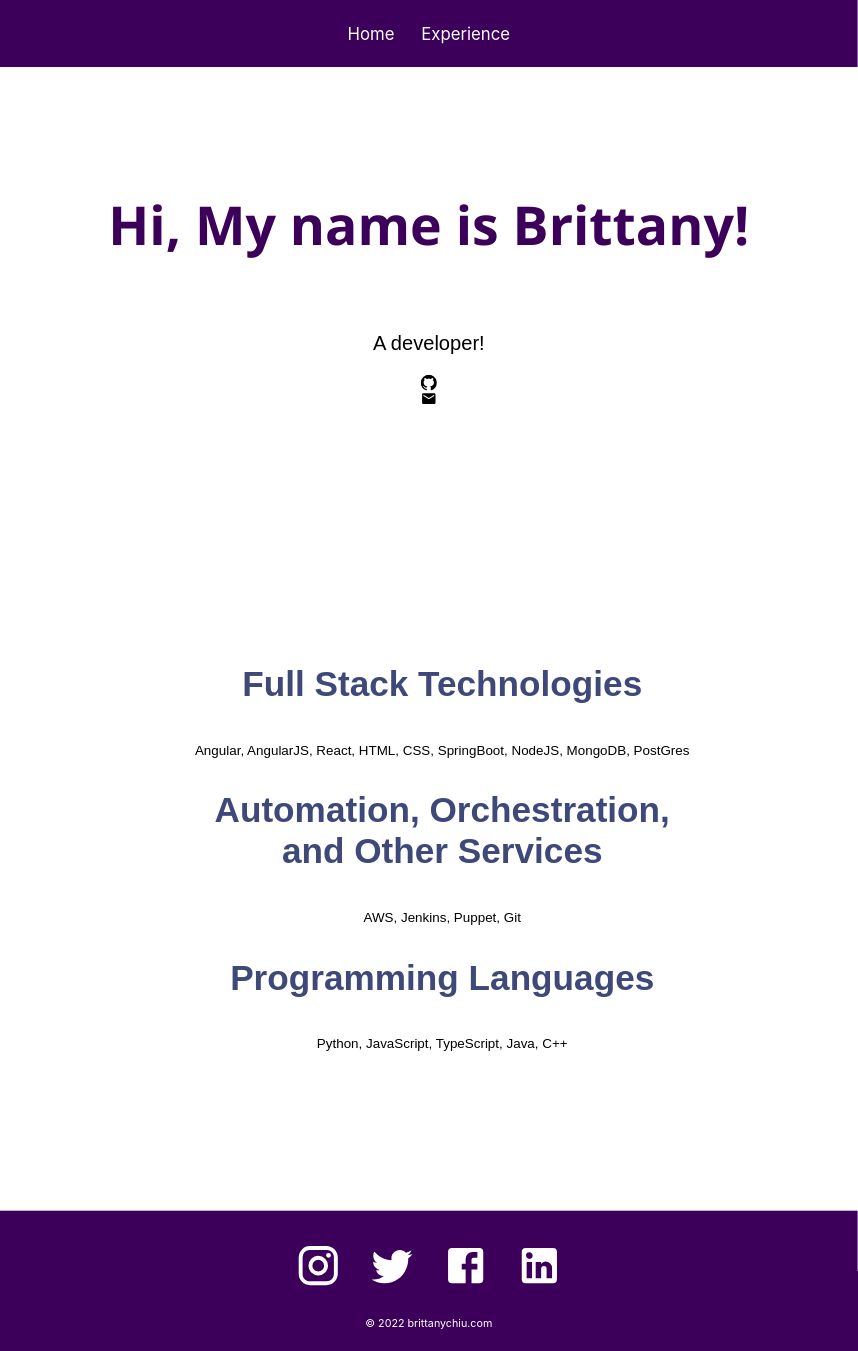
Repository: chiubacca94/chiufolio
Page: /
The author's editor kept a copy of each file at every save. The page is drawn from the files as they stood at one save, then again after the next save.
The browser window is 1280 px wide. The pictures show the whole page, at 67% of full size.
The project was rebuilt for these pictures with package versions that can differ from the ones it lists, and the page was loaded fresh each time. Also part of the build but not shown: src/components/Projects/Projects.js, src/components/Experiences/Experiences.js.

Above is the page before, as saved 2022-07-04 05:36:53.

### src/App.js
import './App.css';
import { BrowserRouter as Router, Routes, Route } from 'react-router-dom';
import Navbar from './components/NavBar/Navbar';
import Home from './components/Home/Home';
import Projects from './components/Projects/Projects';
import Experiences from './components/Experiences/Experiences';
import Footer from './components/Footer/Footer';

function App() {
  return (
    <div className="App">
      <Router>
        <Navbar />
        <Routes>
          <Route path="/" element={ <Home /> }></Route>
          <Route path="/projects" element={ <Projects /> }></Route>
          <Route path="/experiences" element={ <Experiences /> }></Route>
        </Routes>
        <Footer />
      </Router>
    </div>
  );
}

export default App;

### src/App.css
.App {
  text-align: center;
}

body {
  margin: 0px;
  padding: 0px;
}

### src/components/NavBar/Navbar.js
import React, {useEffect, useState} from "react";
import { Link, useLocation } from "react-router-dom";
import ReorderIcon from '@material-ui/icons/Reorder';
import "./Navbar.css"

function Navbar() {
    // NavBr States
    const [ expandNavbar, setExpandNavbar ] = useState(false)
    const location = useLocation();

    // use when location changes and set navbar to false
    useEffect(() => {
        setExpandNavbar(false);
    }, [location])

    return (
        // id will change based on state
        <div className="navbar" id={expandNavbar ? "open" : "close"}>
            <div className="toggleButton">
                <button onClick={() => { setExpandNavbar((prev) => !prev) }}>
                    <ReorderIcon></ReorderIcon>
                </button>
            </div>
            <div className="links">
                <Link to="/"> Home </Link>
                {/* <Link to="/projects"> Projects </Link>  */}
                <Link to="/experiences"> Experience </Link>
            </div>
        </div>
    )
}

export default Navbar;

### src/components/Home/Home.js
import React from 'react'
import GitHubIcon from '@material-ui/icons/GitHub'
import EmailIcon from '@material-ui/icons/Email'

import './Home.css'

export default function Home() {
  return (
    <div className='home'>
        <div className='about'>
            <h2>Hi, My name is Brittany!</h2>
            <div className='prompt'><p> A developer!</p></div>
            <GitHubIcon />
            <EmailIcon />
        </div>vvvv
        <div className='skills'>
            <h1>Skills</h1>
            <ol className='list'>
                <li className='item'>
                    <h2>Full Stack Technologies</h2>
                    <span>Angular, AngularJS, React, HTML, CSS, SpringBoot, NodeJS, MongoDB, PostGres</span>
                </li>
                <li className='item'>
                    <h2>Automation, Orchestration, and Other Services</h2>
                    <span>AWS, Jenkins, Puppet, Git</span>
                </li>
                <li className='item'>
                    <h2>Programming Languages</h2>
                    <span>Python, JavaScript, TypeScript, Java, C++</span>
                </li>
            </ol>
        </div>
    </div>
  )
}

### src/components/Footer/Footer.js
import React from 'react';
import InstagramIcon  from '@material-ui/icons/Instagram';
import TwitterIcon from '@material-ui/icons/Twitter';
import FacebookIcon from '@material-ui/icons/Facebook';
import LinkedInIcon from '@material-ui/icons/LinkedIn';
import './Footer.css'

export default function Footer() {
  return (
    <div className='footer'>
        <div className='socialMedia'>
            <InstagramIcon />
            <TwitterIcon />
            <FacebookIcon />
            <LinkedInIcon />
        </div>
        <p>&copy; 2022 brittanychiu.com</p>
    </div>
  )
}

### src/components/NavBar/Navbar.css
.navbar {
    width: 100%;
    height: 100px;
    background: #3c005a;
  }

  .links {
    width: 100%;
    height: 100%;
    display: flex;
    align-items: center;
    justify-content: center;
    color: white;
  }

  .navbar a {
    color: white;
    text-decoration: none;
    margin: 20px;
    font-size: 25px;
  }

  .toggleButton {
    width: 100%;
    height: 100px;
    display: flex;
    align-items: center;
    justify-content: flex-end;
  }

  .toggleButton svg {
    font-size: 50px;
  }
  .toggleButton button {
    margin-right: 20px;
    background-color: transparent;
    border: none;
    color: white;
    cursor: pointer;
  }

  #open {
    height: 100vh;
  }

  #open .links {
    flex-direction: column;
    justify-content: flex-start;
    margin-top: 100px;
  }

  #open a {
    width: 100%;
    text-align: center;
  }

  @media only screen and (max-width: 900px) {
    .navbar a {
      width: 70px;
    }
  }

  @media only screen and (max-width: 600px) {
    .toggleButton {
      display: flex;
    }
    #close a {
      display: none;
    }
  }

  @media only screen and (min-width: 600px) {
    .toggleButton {
      display: none;
    }

    .hiddenLinks {
      display: none;
    }

    #open {
      height: 100px;
    }

    #open .links {
      flex-direction: row;
    }
  }

### src/components/Home/Home.css
.home {
    width: 100%;
    align-items: center;
    font-family: "Arial", sans-serif;
    /* color: #3e497a; */
    color: white;
  }

  .about {
    width: 100%;
    height: calc(100vh - 100px);
    display: flex;
    flex-direction: column;
    justify-content: center;
    align-items: center;
    text-align: center;
    /* background-color: #21325e; */
    color: black;
  }

  .about h2 {
    font-family: "Segoe UI", Tahoma, Geneva, Verdana, sans-serif;
    font-size: 80px;
    color: #3c005a;
    min-height: 50px;
  }

  .about .prompt {
    padding-top: 10px;
    width: 40%;
    font-size: 30px;
  }
  .prompt svg {
    font-size: 60px;
    margin: 5px;
    color: white;
  }

  .skills {
    font-size: 35px;
    width: 100%;
    display: flex;
    justify-content: center;
    flex-direction: column;
    align-items: center;
  }

  .skills h2 {
    color: #3e497a;
  }

  .skills .list {
    list-style: none;
    width: 60%;
    color: black;
  }

  .list span {
    font-size: 20px;
  }

  @media only screen and (max-width: 905px) {
    .about h2 {
      font-size: 60px;
    }

    .about .prompt {
      margin-top: 10px;
      font-size: 20px;
      width: 80%;
    }

    .skills {
      text-align: center;
    }
    .list {
      padding: 0;
    }

    .skills h2 {
      font-size: 30px;
    }
  }

  @media only screen and (max-width: 600px) {
    .about h2 {
      font-size: 40px;
    }

    .about .prompt {
      margin-top: 10px;
      font-size: 20px;
      width: 80%;
    }

    .skills {
      text-align: center;
    }
    .list {
      padding: 0;
    }

    .skills h2 {
      font-size: 30px;
    }
  }

### src/components/Footer/Footer.css
.footer {
    width: 100%;
    height: 200px;
    background: #3c005a;
    display: flex;
    justify-content: center;
    align-items: center;
    flex-direction: column;
    padding-top: 10px;
    margin-top: 200px;
  }

  .socialMedia svg {
    color: white;
    margin: 20px;
    font-size: 70px;
    cursor: pointer;
  }

  .footer p {
    color: white;
  }

  @media only screen and (max-width: 600px) {
    .footer svg {
      font-size: 50px;
    }
  }

Loaded but not shown: public/index.html (common file); src/index.js (common file); src/index.css (common file); src/reportWebVitals.js (common file)

After the next save:
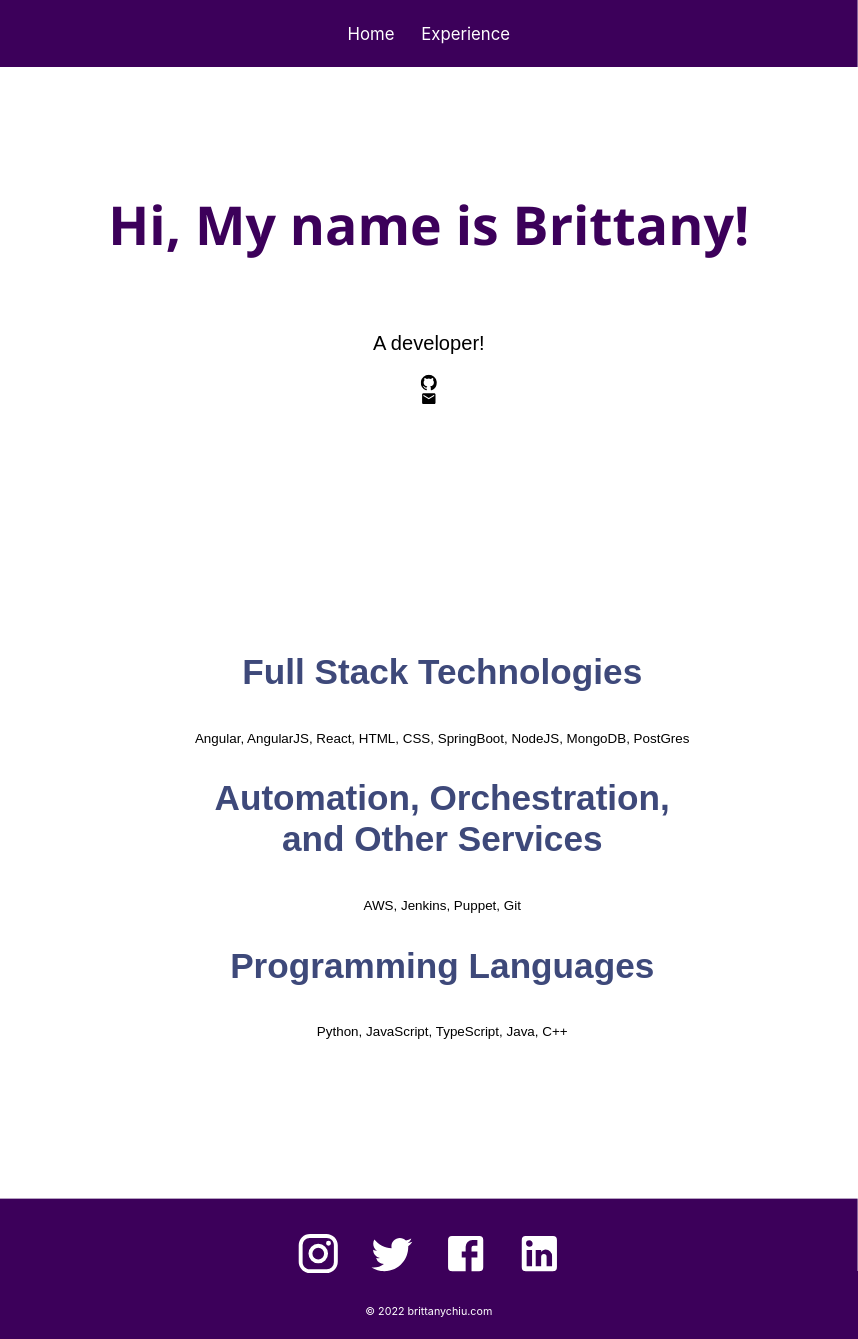
Saved 12 s later.
--- a/src/components/Home/Home.js
+++ b/src/components/Home/Home.js
@@ -12,7 +12,7 @@ export default function Home() {
             <div className='prompt'><p> A developer!</p></div>
             <GitHubIcon />
             <EmailIcon />
-        </div>vvvv
+        </div>
         <div className='skills'>
             <h1>Skills</h1>
             <ol className='list'>
